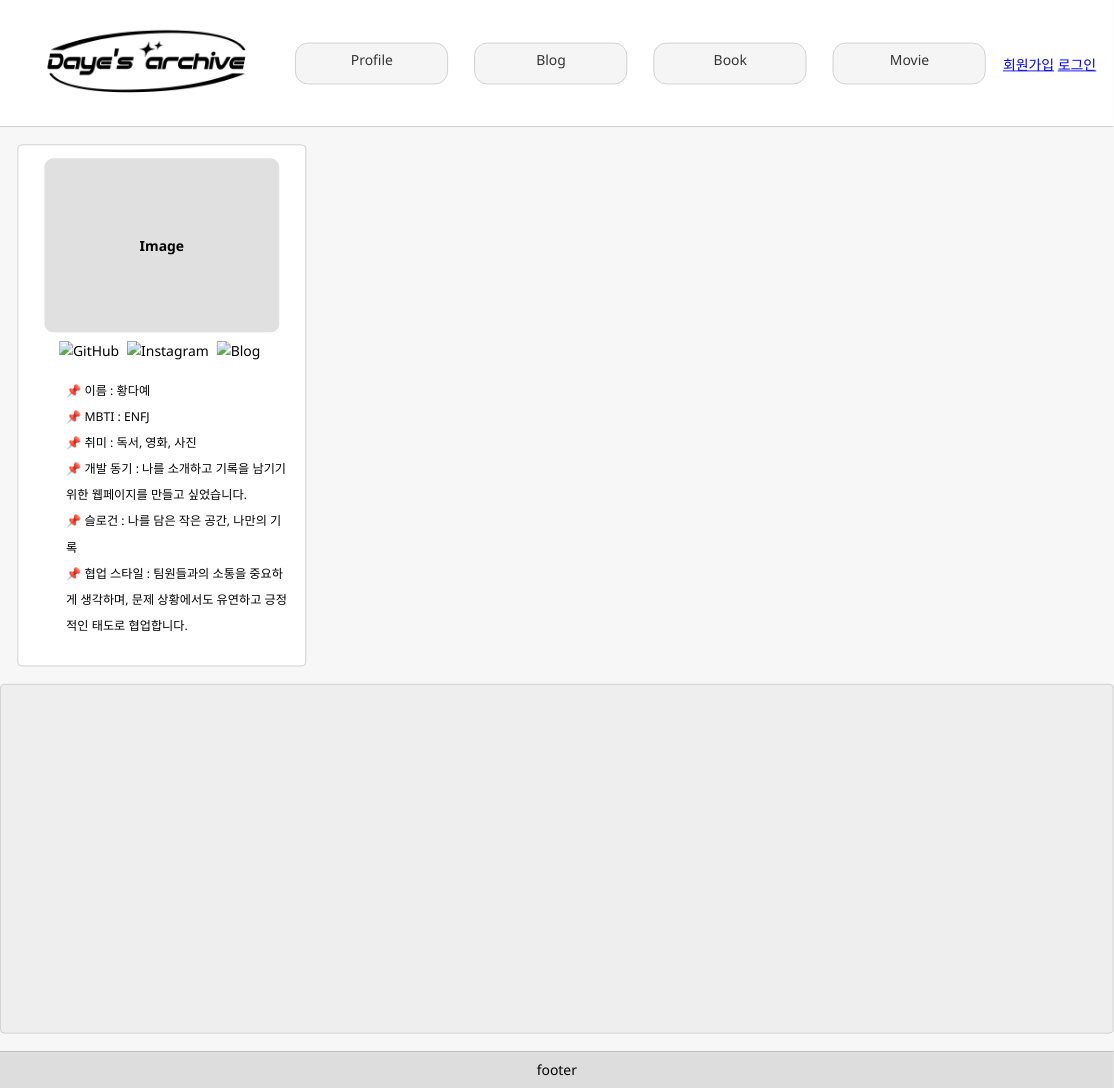
Repository: HWANG-DAYE/spring_project
Page: http://localhost/daye_archive/WEB-INF/views/main.jsp
An editor plug-in stored every save of this project. The page is shown before and after the next save, followed by the edit.
The browser window is 1280 px wide. The pictures show the whole page, at 87% of full size.
The page is served by Tomcat 9. Nobody is signed in. Other server files are loaded and not shown. The template is opened directly, without the code that normally fills it, so the values that code supplies are empty.

Above is the page before, as saved 2025-08-06 08:05:26.
Not found: daye_archive/resources/images/blog.png
Not found: daye_archive/resources/images/git.png
Not found: daye_archive/resources/images/insta.png

### daye_archive/src/main/webapp/WEB-INF/views/main.jsp
<%@ page language="java" contentType="text/html; charset=UTF-8"
	pageEncoding="UTF-8"%>
<%@ taglib uri="http://java.sun.com/jsp/jstl/core" prefix="c"%>
<!DOCTYPE html>
<html lang="ko">
<head>
<meta charset="UTF-8">
<title>메인 페이지</title>
<style>
body {
	margin: 10px;
	font-family: 'Segoe UI', Tahoma, Geneva, Verdana, sans-serif;
	background-color: #f7f7f7;
	font-family: 'Segoe UI', Tahoma, Geneva, Verdana, sans-serif;
}

header {
	display: flex;
	justify-content: space-between;
	align-items: center;
	padding: 10px 20px;
	background-color: #ffffff;
	border-bottom: 1px solid #ccc;
}

.container {
	display: flex;
	padding: 20px;
}

.profile {
	width: 300px;
	background-color: #fff;
	border: 1px solid #ccc;
	padding: 15px;
	border-radius: 5px;
	margin-right: 20px;
	text-align: center;
	align-items: center;
}

.profile .image-box {
	width: 90%;
	height: 200px;
	background-color: #e0e0e0;
	border-radius: 10px;
	margin: 0 auto 10px; /* 가운데 정렬을 위해 수정 */
	display: flex;
	justify-content: center;
	align-items: center;
	font-weight: bold;
}

.profile .sns {
	margin: 8px 0;
}

.profile .sns img {
	width: 20px;
	margin-right: 5px;
}

.profile ul {
	text-align: left;
	list-style: none;
	margin-top: 20px;
}

.profile li {
	font-size: 14px;
	line-height: 30px;
}

.content {
	flex: 1;
	background-color: #eeeeee;
	border: 1px solid #ccc;
	border-radius: 5px;
	min-height: 400px;
}

footer {
	text-align: center;
	padding: 10px;
	background-color: #ddd;
	border-top: 1px solid #bbb;
	margin-top: 20px;
}
</style>
</head>
<body>

	<header>
		<jsp:include page="navi.jsp" />
	</header>

	<div class="container">
		<div class="profile">
			<div class="image-box">Image</div>
				<div class="sns">
					<img src="/resources/images/git.png" alt="GitHub">
					<img src="/resources/images/insta.png" alt="Instagram">
					<img src="/resources/images/blog.png" alt="Blog">
				</div>
				<ul>
					<li>📌 이름 : 황다예</li>
					<li>📌 MBTI : ENFJ</li>
					<li>📌 취미 : 독서, 영화, 사진</li>
					<li>📌 개발 동기 : 나를 소개하고 기록을 남기기 위한 웹페이지를 만들고 싶었습니다.</li>
					<li>📌 슬로건 : 나를 담은 작은 공간, 나만의 기록</li>
					<li>📌 협업 스타일 : 팀원들과의 소통을 중요하게 생각하며, 문제 상황에서도 유연하고 긍정적인 태도로
						협업합니다.</li>
				</ul>
			</div>
		</div>

		<div class="content">
			<!-- 중앙 컨텐츠 영역 -->
		</div>

	<footer> footer </footer>

</body>
</html>

### daye_archive/src/main/webapp/WEB-INF/views/navi.jsp
<%@ page language="java" contentType="text/html; charset=UTF-8"
	pageEncoding="UTF-8"%>
<%@ taglib uri="http://java.sun.com/jsp/jstl/core" prefix="c"%>
<!DOCTYPE html>
<html>
<head>
<meta charset="UTF-8">
<title>Insert title here</title>
<style>
body {
	margin: 0;
	font-family: 'Segoe UI', Tahoma, Geneva, Verdana, sans-serif;
	background-color: #f7f7f7;
}

header {
	justify-content: space-between;
	align-items: center;
	padding: 10px 20px;
	background-color: #ffffff;
	border-bottom: 1px solid #ccc;
}

.logo-img {
	height: 80px;
	padding: 20px 30px;
	object-fit: contain;
}

.container {
	display: flex;
	padding: 20px;
}

.nav-links {
	display: flex;
	gap: 30px;
	justify-content: flex-start;
}

.nav-links a {
	width: 150px;
	height: 30px;
	text-decoration: none;
	text-align: center;
	color: #333;
	padding: 8px 12px;
	border-radius: 15px;
	border: 1px solid #ccc;
	background-color: #f5f5f5;
	transition: background-color 0.2s;
	display: flex;
	align-items: left;
	justify-content: center;
}

.nav-links a:hover {
	background-color: #e0e0e0;
}

.sign {
	gap: 30px;
	text-align: right;
}
</style>
</head>
<body>
	<!-- 로고 클릭 시 메인으로 이동 -->
	<div class="logo">
		<a href="<c:url value='/main.jsp' />"> <img
			src="<c:url value='/resources/images/logo1.png' />" alt="Logo"
			class="logo-img">
		</a>
	</div>

	<!-- 메뉴 링크들 -->
	<nav class="nav-links">
		<a href="<c:url value='/profile.jsp' />">Profile</a> <a
			href="<c:url value='/blog.jsp' />">Blog</a> <a
			href="<c:url value='/booklist.jsp' />">Book</a> <a
			href="<c:url value='/movielist.jsp' />">Movie</a>
	</nav>

	<!-- 로그인/회원가입 -->
	<div class="sign">
		<a href="<c:url value='/register.jsp' />">회원가입</a> <a
			href="<c:url value='/login.jsp' />">로그인</a>
	</div>

</body>
</html>

After the next save:
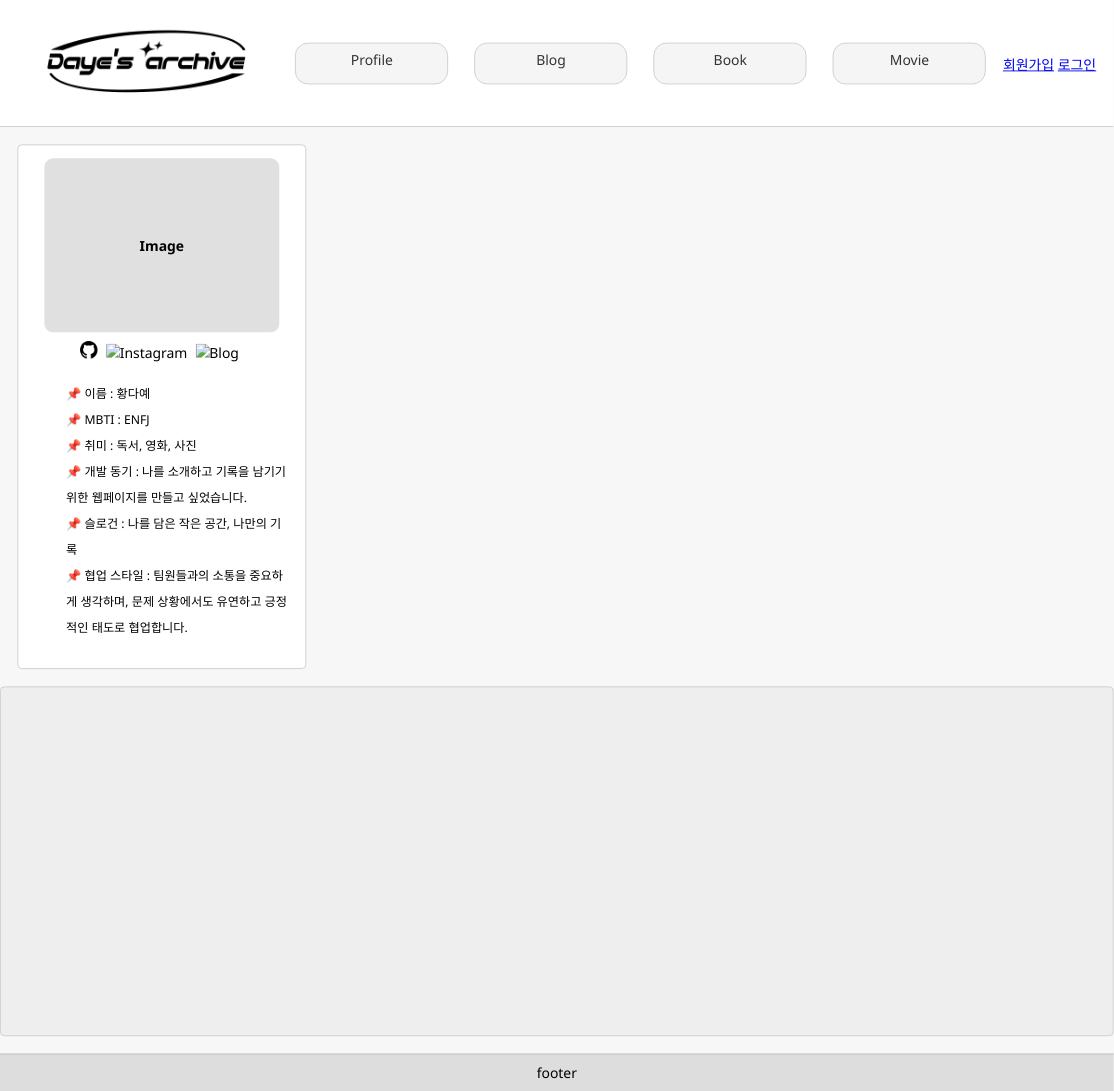
Saved 61 s later.
--- a/daye_archive/src/main/webapp/WEB-INF/views/main.jsp
+++ b/daye_archive/src/main/webapp/WEB-INF/views/main.jsp
@@ -98,7 +98,7 @@ footer {
 		<div class="profile">
 			<div class="image-box">Image</div>
 				<div class="sns">
-					<img src="/resources/images/git.png" alt="GitHub">
+					<img src="<c:url value='/resources/images/git.png' />" alt="GitHub">
 					<img src="/resources/images/insta.png" alt="Instagram">
 					<img src="/resources/images/blog.png" alt="Blog">
 				</div>
